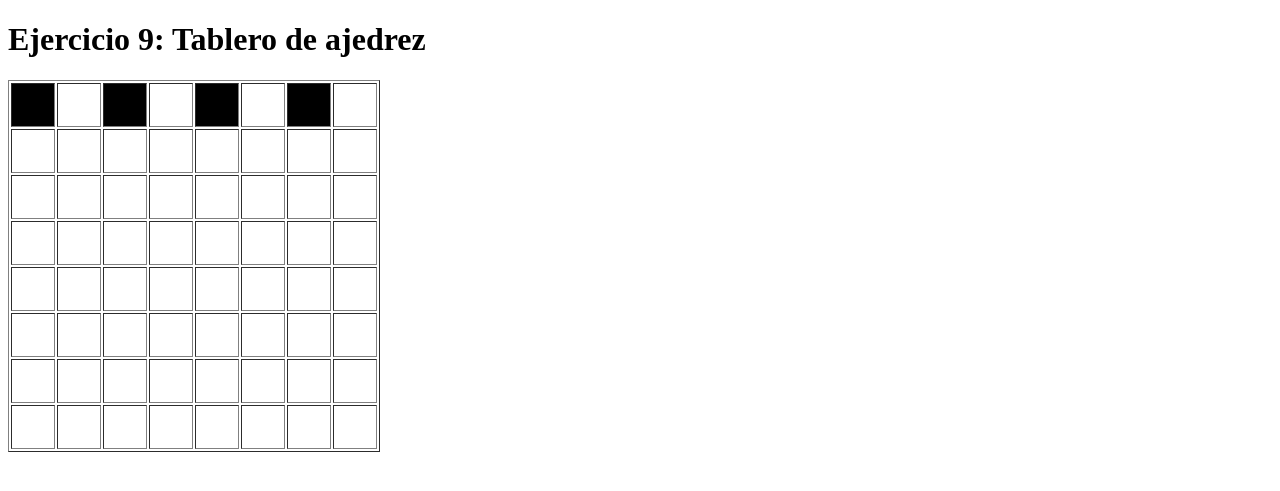
Repository: Ibizus/ejercicios_JSP
Page: http://localhost/ejercicios_Hector/ejercicio9/main.jsp
These files come from the project's save history. The page is drawn as it stood at one moment and after the next save; the edit follows.
The browser window is 1280 px wide. The pictures show the whole page.
The page is served by Tomcat 9.

Above is the page before, as saved 2023-11-15 17:54:56.

### ejercicios_Hector/src/main/webapp/ejercicio9/main.jsp
<%@ page language="java" contentType="text/html; charset=UTF-8"
    pageEncoding="UTF-8"%>
<!DOCTYPE html>
<html>
<head>
<meta charset="UTF-8">
<title>Ejercicio 9</title>
</head>
<body>
	<h1>Ejercicio 9: Tablero de ajedrez</h1>

	<table border=1>
	<%
	for(int i=0; i<8; i++){
	%>
		<tr>
		<% for(int j=0; j<8; j++){
		%>
			<td width="40px" height="40px" bgcolor="
				<%
				if(i+j %2 == 0){
				%>
					black">
				<%
				}else{
				%>
					white">
				<%
				}
				%>

			</td>
			<%
			}
			%>
		</tr>
	<%
	}
	%>
	</table>

</body>
</html>

After the next save:
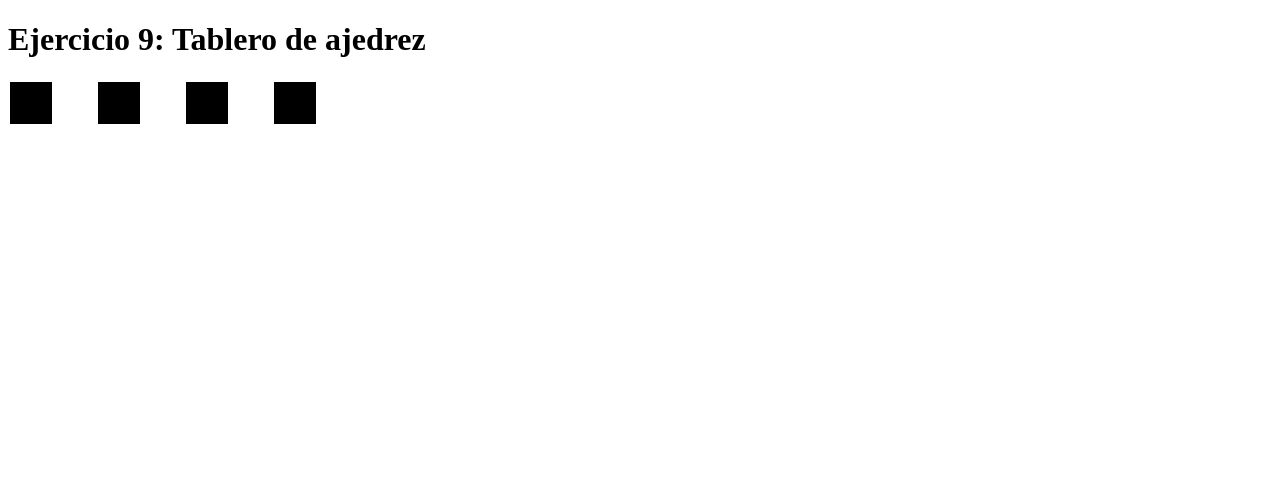
Saved 17 s later.
--- a/ejercicios_Hector/src/main/webapp/ejercicio9/main.jsp
+++ b/ejercicios_Hector/src/main/webapp/ejercicio9/main.jsp
@@ -9,7 +9,7 @@
 <body>
 	<h1>Ejercicio 9: Tablero de ajedrez</h1>
 
-	<table border=1>
+	<table>
 	<%
 	for(int i=0; i<8; i++){
 	%>

After the save that followed:
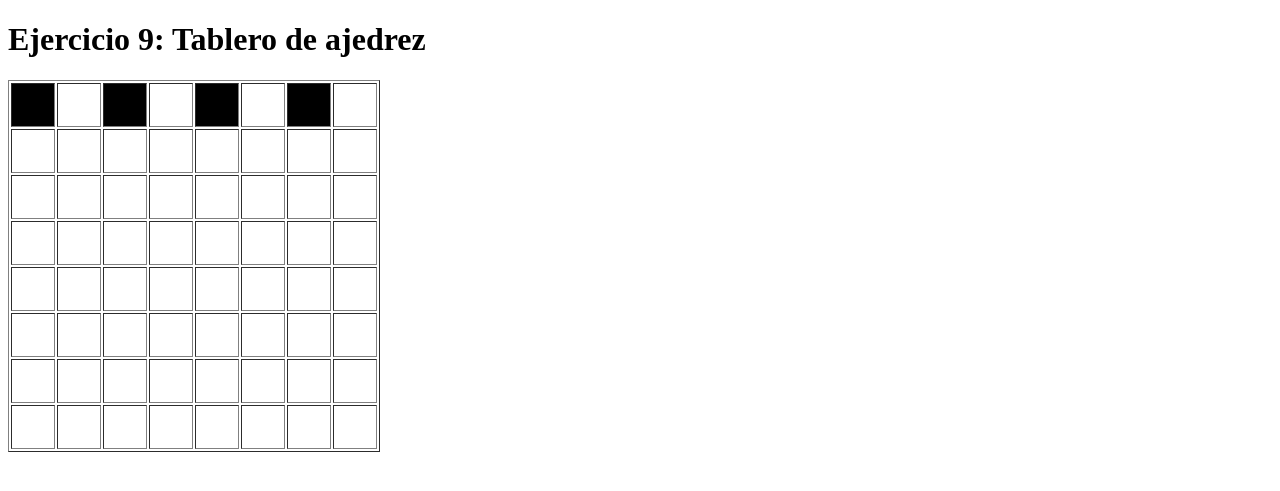
Saved 7 s later.
--- a/ejercicios_Hector/src/main/webapp/ejercicio9/main.jsp
+++ b/ejercicios_Hector/src/main/webapp/ejercicio9/main.jsp
@@ -9,7 +9,7 @@
 <body>
 	<h1>Ejercicio 9: Tablero de ajedrez</h1>
 
-	<table>
+	<table border=1>
 	<%
 	for(int i=0; i<8; i++){
 	%>
